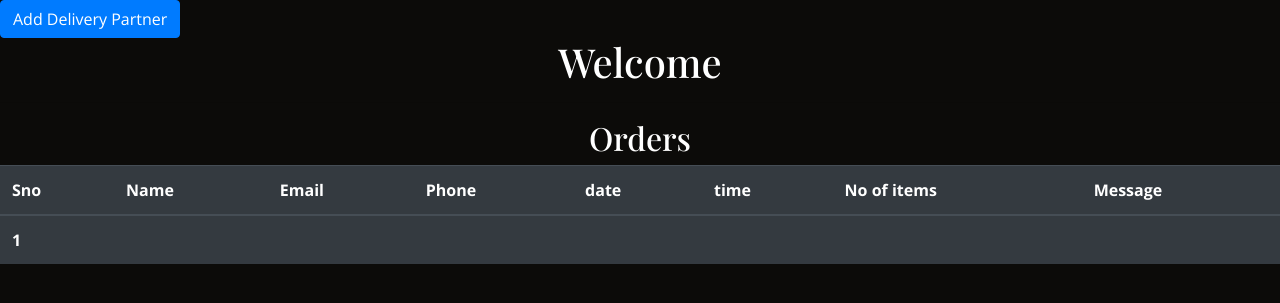
Repository: Amalraveendran/Amal
Page: http://localhost/cakehub/admin-.jsp
An editor plug-in stored every save of this project. The page is shown before and after the next save, followed by the edit.
The browser window is 1280 px wide. The pictures show the whole page.
Some web fonts or font styles are not loaded; a fallback is used. The page is served by Tomcat 9. The session is filled in as if someone had signed in: {"username": "testuser"}. The template is opened directly, without the code that normally fills it, so the values that code supplies are empty.

Above is the page before, as saved 2021-01-30 08:51:52.

After the next save:
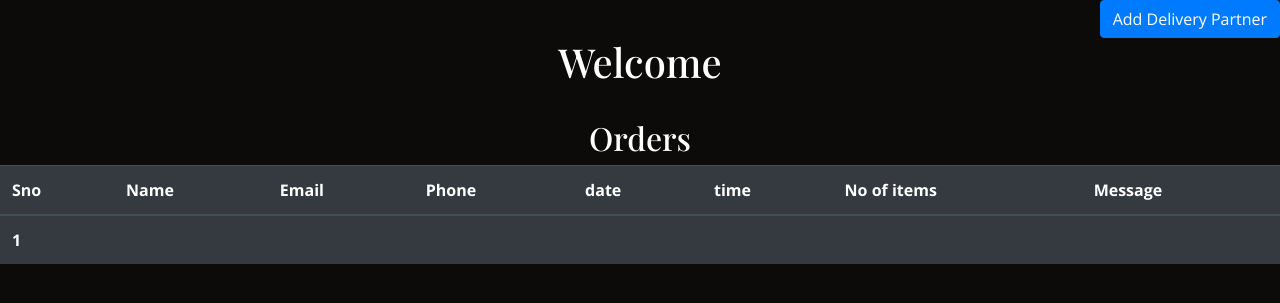
Saved 82 s later.
--- a/Eclipse Workspace/cakehub/WebContent/admin-.jsp
+++ b/Eclipse Workspace/cakehub/WebContent/admin-.jsp
@@ -39,7 +39,7 @@ if(session.getAttribute("username")==null)
 
 
 %>
-<nav>
+<nav align="right">
 
 <a class="btn btn-primary" href="deliveryPartnerReg.jsp">Add Delivery Partner</a>
 
